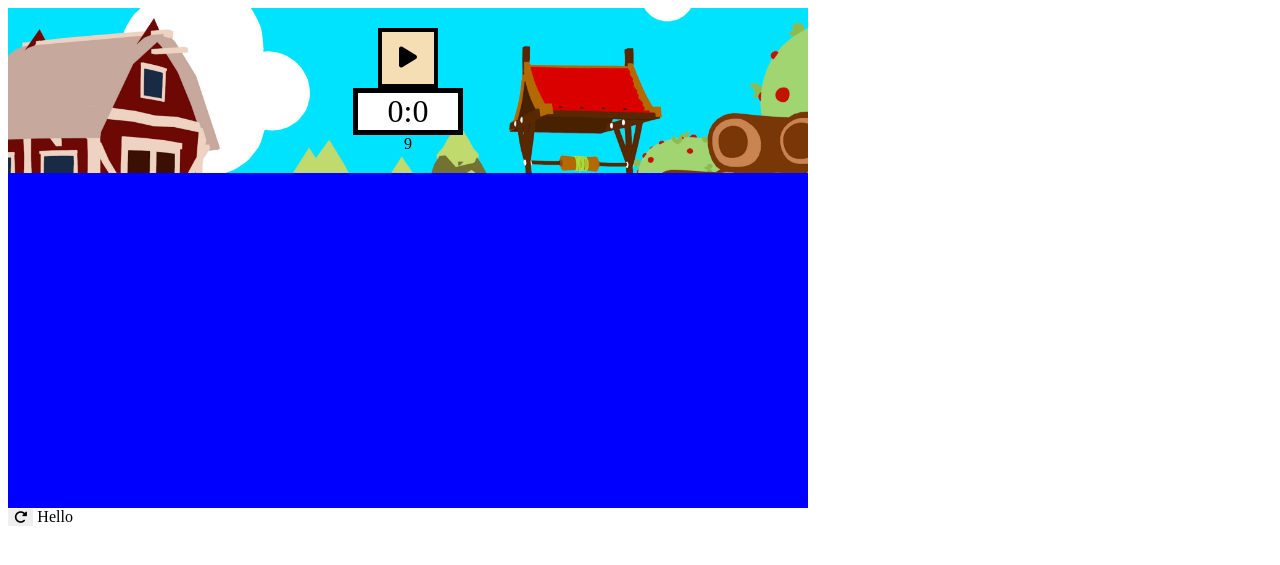
Repository: yoon-dh/JS_Prac
Page: carrot_game/index.html
These files come from the project's save history. The page is drawn as it stood at one moment and after the next save; the edit follows.
The browser window is 1280 px wide. The pictures show the whole page.
Some web libraries are served in a nearby version.

Above is the page before, as saved 2023-06-23 21:48:48.

### carrot_game/index.html
<!DOCTYPE html>
<html lang="en">
  <head>
    <meta charset="UTF-8" />
    <meta http-equiv="X-UA-Compatible" content="IE=edge" />
    <meta name="viewport" content="width=device-width, initial-scale=1.0" />
    <link rel="stylesheet" href="style.css" />
    <script src="main.js"></script>
    <script
      src="https://kit.fontawesome.com/c0bdee06fd.js"
      crossorigin="anonymous"
    ></script>
    <link
      href="https://cdnjs.cloudflare.com/ajax/libs/font-awesome/6.4.0/css/all.min.css"
      rel="stylesheet"
    />
    <title>Carrot Game</title>
  </head>
  <body>
    <section class="game">
      <header class="game__header">
        <button class="game__button">
          <i class="fa-solid fa-play"></i>
        </button>
        <span class="game__tiemr">0:0</span>
        <span class="game__score">9</span>
      </header>
      <section class="game__field"></section>
    </section>
    <section class="pop-up">
      <button class="pop-up__refresh">
        <i class="fas fa-regular fa-rotate-right"></i>
      </button>
      <span class="pop-up__message">Hello</span>
    </section>
  </body>
</html>

### carrot_game/style.css
button {
  border: none;
  outline: none;
  cursor: pointer;
}

.game {
  width: 800px;
  height: 500px;
  background: url(img/background.png) center/cover;
  display: flex;
  flex-direction: column;
}

.game__header {
  display: flex;
  flex-direction: column;
  padding: 20px;
  align-items: center;
}

.game__button {
  width: 60px;
  height: 60px;
  background-color: wheat;
  border: 4px solid black;
  font-size: 24px;
  transition: transform 300ms ease-in;
}

.game__button:hover {
  transform: scale(1.1);
}

.game__tiemr {
  width: 100px;
  background-color: white;
  text-align: center;
  border: 5px solid black;
  font-size: 32px;
}

.game__field {
  width: 100%;
  height: 100%;
  background-color: blue;
}

Loaded but not shown: carrot_game/main.js (no stored copy; drawn as an empty file)

After the next save:
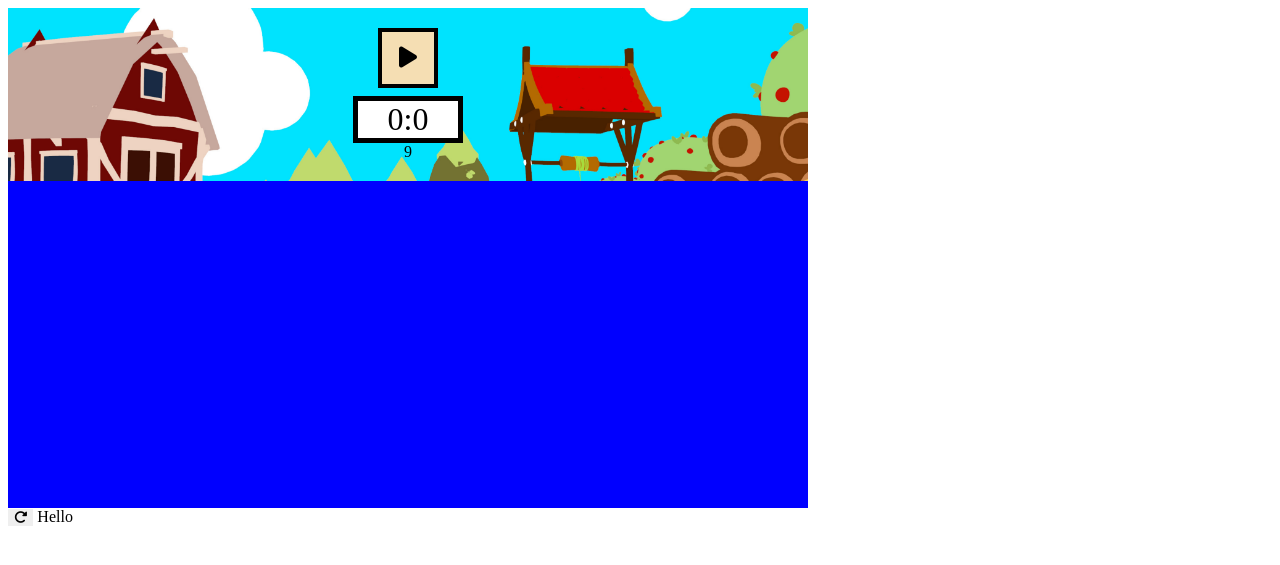
Saved 9 s later.
--- a/carrot_game/style.css
+++ b/carrot_game/style.css
@@ -38,6 +38,7 @@ button {
   text-align: center;
   border: 5px solid black;
   font-size: 32px;
+  margin-top: 8px;
 }
 
 .game__field {
